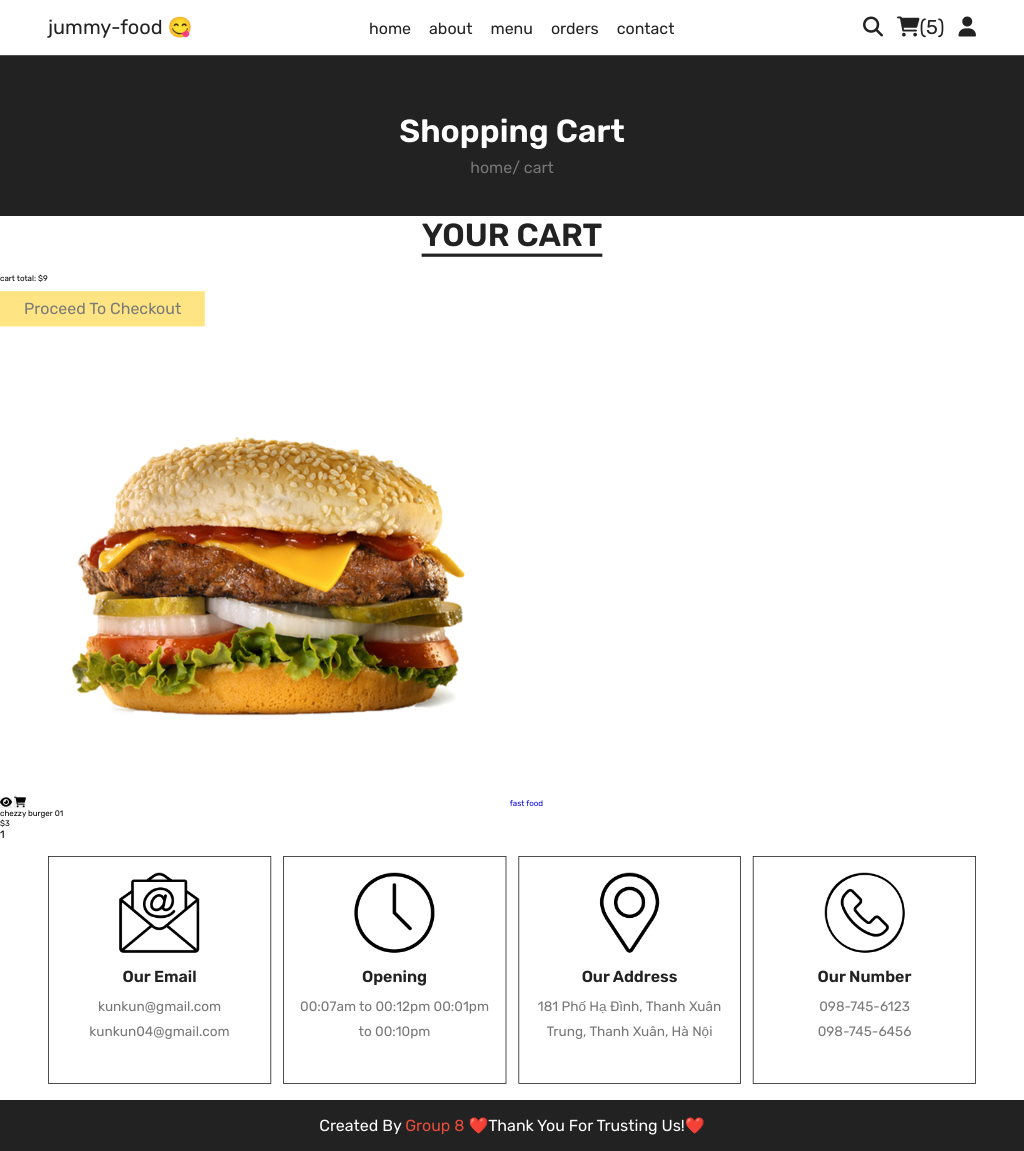
Repository: VuongLinhDinh/jummy_food
Page: cart.html
These files come from the project's save history. The page is drawn as it stood at one moment and after the next save; the edit follows.
The browser window is 1280 px wide. The pictures show the whole page, at 80% of full size.
Some web libraries are served in a nearby version.

Above is the page before, as saved 2023-11-11 18:28:45.

### cart.html
<!DOCTYPE html>
<html lang="en">
<head>
    <meta charset="UTF-8">
    <meta name="viewport" content="width=device-width, initial-scale=1.0">
    <title>Cart</title>
    <!-- font awesome cdn link -->
    <link rel="stylesheet" href="https://cdnjs.cloudflare.com/ajax/libs/font-awesome/6.1.1/css/all.min.css">
    <!-- custom css -->
    <link rel="stylesheet" href="./css/style.css">
</head>
<body>
    <!-- header section starts  -->
    <header class="header">
        <section class="flex">
            <a href="home.html" class="logo">jummy-food 😋</a>
            <nav class="navbar">
                <a href="home.html">home</a>
                <a href="about.html">about</a>
                <a href="menu.html">menu</a>
                <a href="orders.html">orders</a>
                <a href="contact.html">contact</a>
            </nav>
            <div class="icons">
                <a href="search.html"><i class="fas fa-search"></i></a>
                <a href="cart.html"><i class="fas fa-shopping-cart"></i><span>(5)</span></a>
                <div id="user-btn" class="fas fa-user"></div>
                <div id="menu-btn" class="fas fa-bars"></div>
            </div>
            <div class="profile">
                <p class="name">Kun Aquero</p>
                <div class="flex">
                    <a href="profile.html" class="btn">profile</a>
                    <a href="#" class="delete-btn">logout</a>
                </div>
                <p class="account"><a href="login.html">login</a> or <a href="login.html">register</a></p>
            </div>
        </section>
    </header>
    <!-- header section end  -->
    <div class="heading">
        <h3>shopping cart</h3>
        <p><a href="home.html">home</a><span>/ cart</span></p>
    </div>
    <!-- shopping cart section stars  -->
    <div class="products">
        <h1 class="title">your cart</h1>
        <div class="cart-total">
            <p>cart total: <span>$9</span></p>
            <a href="checkout.html" class="btn">proceed to checkout</a>
        </div>
        <div class="box-conatiner">
            <form action="#" method="post" class="box">
                <button type="submit" class="fas fa-eye" name="quick_view"></button>
                <button type="submit" class="fas fa-shopping-cart" name="add_to_cart"></button>
                <img src="uploaded_img/burger-1.png" alt="">
                <a href="#" class="cat">fast food</a>
                <div class="name">chezzy burger 01</div>
                <div class="flex">
                    <div class="price"><span>$</span>3</div>
                    <input type="number" class="qty" name="qty" min="1" max="99" value="1"
                    onkeypress="if(this.value.length == 2) return false;">
                </div>
            </form>
        </div>
    </div>
    <!-- shopping cart section end  -->







    <!-- footer section starts  -->
    <footer class="footer">
        <section class="grid">
            <div class="box">
                <img src="images/email-icon.png" alt="">
                <h3>our email</h3>
                <a href="mailto:kunkun@gmail.com">kunkun@gmail.com</a>
                <a href="mailto:kun04@gmail.com">kunkun04@gmail.com</a>
            </div>

            <div class="box">
                <img src="images/clock-icon.png" alt="">
                <h3>opening</h3>
                <p>
                    00:07am to 00:12pm
                    00:01pm to 00:10pm
                </p>
            </div>

            <div class="box">
                <img src="images/map-icon.png" alt="">
                <h3>our address</h3>
                <a href="https://www.google.com/maps/place/181+P.+H%E1%BA%A1+%C4%90%C3%ACnh,+H%E1%BA%A1+%C4%90%C3%ACnh,+Thanh+Xu%C3%A2n,+H%C3%A0+N%E1%BB%99i,+Vi%E1%BB%87t+Nam/@20.9891313,105.8056888,17z/data=!3m1!4b1!4m5!3m4!1s0x3135ac952468595f:0xd4c0347109838030!8m2!3d20.9891263!4d105.8082691?hl=vi-VN&entry=ttu">181 Phố Hạ Đình, Thanh Xuân Trung, Thanh Xuân, Hà Nội</a>
            </div>

            <div class="box">
                <img src="images/phone-icon.png" alt="">
                <h3>our number</h3>
                <a href="tel:0987456123">098-745-6123</a>
                <a href="tel:0987456456">098-745-6456</a>
            </div>
        </section>
        <div class="credit">created by <span>group 8</span> ❤️Thank you for trusting us!❤️</div>
    </footer>
    <!-- footer section end  -->
    <!-- custom js file -->
    <script src="./js/script.js"></script>
</body>
</html>

### css/style.css
@import url('https://fonts.googleapis.com/css2?family=Nunito:wght@200;300;400;600;700&family=Rubik:wght@300;400;500;600&display=swap');
:root {
    --yellow: #fed330;
    --red: #e74c3c;
    --white: #fff;
    --black: #222;
    --light-color: #777;
    --border: .1rem solid var(--black);
}
*{
    font-family: 'Rubik', sans-serif;
    margin: 0; padding: 0;
    box-sizing: border-box;
    outline: none; border: none;
    text-decoration: none;
}
*::selection {
    background-color: var(--yellow);
    color: var(--white);
}
::-webkit-scrollbar {
    height: 0.5rem;
    width: 1rem;
}
::-webkit-scrollbar-track {
    background-color: transparent;
}
::-webkit-scrollbar-thumb {
    background-color: var(--yellow);
}
html {
    font-size:  62.5%;
    overflow-x: hidden;
    scroll-behavior: smooth;
    stop-opacity: 7rem;
}
section {
    margin: 0 auto;
    max-width: 1200px;
    padding: 2rem;
}
.title {
    text-align: center;
    margin-bottom: 2.5rem;
    font-size: 4rem;
    color: var(--black);
    text-transform: uppercase;
    text-decoration: underline;
    text-underline-offset: 1rem;
}
.heading {
    display: flex;
    align-items: center;
    justify-content: center;
    gap: 1rem;
    flex-flow: column;
    background-color: var(--black);
    min-height: 20rem;
}
.heading h3 {
    font-size: 4rem;
    color: var(--white);
    text-transform: capitalize;
    margin-top: 2rem;
}
.heading p {
    font-size: 2rem;
}
.heading p a {
    color: var(--light-color);
}
.heading p a:hover {
    text-decoration: underline;
    color: var(--yellow);
}
.heading p span {
    color: var(--light-color);
}
.btn, .delete-btn {
    margin-top: 1rem;
    display: inline-block;
    font-size: 2rem;
    padding: 1rem 3rem;
    opacity: .6;
    cursor: pointer;
}
.btn:hover, .delete-btn:hover {
    /* letter-spacing: .2rem; */
    transition:  .2s linear;
    opacity: 1;
}
.btn {
    background-color: var(--yellow);
    color: var(--black);
    text-transform: capitalize;
}
.delete-btn {
    background-color: var(--red);
    color: var(--white);
}
.header {
    position: sticky;
    top: 0; left: 0; right: 0;
    z-index: 1000;
    background-color: var(--white);
    border-bottom: var(--border);
}
.header .flex {
    display: flex;
    align-items: center;
    justify-content: space-between;
    position: relative;
}
.header .flex .logo {
    font-size: 2.5rem;
    color: var(--black);
}
.header .flex .navbar a {
    font-size: 2rem;
    color: var(--black);
    margin: 0 1rem;

}
.header .flex .navbar a:hover {
    color: var(--yellow);
    text-decoration: underline;
}
.header .flex .icons > * {
    margin-left: 1.5rem;
    font-size: 2.5rem;
    color: var(--black);
    cursor: pointer;
}
.header .flex .icons > *:hover {
    color: var(--yellow);
}
#menu-btn {
    display: none;
}
.header .flex .profile {
    background-color: var(--white);
    border: var(--border);
    padding: 1.5rem;
    text-align: center;
    position: absolute;
    top: 125%; right: 2rem;
    width: 30rem;
    display: none;
    animation: fadeIn .2s linear;
}
.header .flex .profile.active {
    display: block;
}
@keyframes fadeIn {
    0% {
        transform: translateY(1rem);
    }
}
.header .flex .profile .name {
    font-size: 2rem;
    color: var(--black);
    margin-bottom: 1rem;
}
.header .flex .profile .account {
    margin-top: 1rem;
    font-size: 2rem;
    color: var(--light-color);
}
.header .flex .profile .account a {
    color: var(--black);
}
.header .flex .profile .account a:hover {
    color: var(--yellow);
    text-decoration: underline;
}
.hero .slide {
    display: flex;
    align-items: center;
    flex-wrap: wrap-reverse;
    gap: 2rem;
    margin-bottom: 4rem;
}
.hero .slide .image {
    flex: 1 1 40rem;
}
.hero .slide .image img {
    width: 100%;
}
.hero .slide .content {
    flex: 1 1 40rem;
    text-align: center;
}
.hero .slide .content span {
    font-size: 2.5rem;
    color: var(--light-color);
}
.hero .slide .content h3 {
    margin: 1rem 0;
    font-size: 6rem;
    color: var(--black);
    text-transform: capitalize;
}
.swiper-pagination-bullet-active{
    background-color: var(--yellow);
}
.category .box-container {
    display: grid;
    grid-template-columns: repeat(auto-fit, minmax(27rem, 1fr));
    gap: 1.5rem;
    align-items: flex-start;
}
.category .box-container .box {
    border: var(--border);
    padding: 2rem;
    padding-bottom: 5rem;
    text-align: center;
}
.category .box-container .box img {
    width: 100%;
    height: 10rem;
    object-fit: contain;
}
.category .box-container .box h3 {
    font-size: 2rem;
    margin-top: 1.5rem;
    color: var(--black);
    text-transform: capitalize;
}
.category .box-container .box:hover {
    background-color: var(--black);
}
.category .box-container .box:hover img {
    filter: invert(1);
}
.category .box-container .box:hover h3 {
    color: var(--white);
}
.products .box-container {
    display: grid;
    grid-template-columns: repeat(auto-fit, 33rem);
    justify-content: center;
    align-items: flex-start;
    gap: 1.5rem;
}
.products .box-container .box {
    border: var(--border);
    padding: 2rem;
    position: relative;
    overflow: hidden;
    margin-bottom: 1rem;
}
.products .box-container .box img {
    width: 100%;
    height: 25rem;
    object-fit: contain;
}
.products .box-container .box .fa-eye,
.products .box-container .box .fa-shopping-cart {
    position: absolute;
    top: 1rem;
    height: 4.5rem; width: 4.5rem;
    line-height: 4.3rem;
    border: var(--border);
    background-color: var(--white);
    cursor: pointer;
    font-size: 2rem;
    color: var(--black);
    transition: .2s linear;
}
.products .box-container .box .fa-eye:hover,
.products .box-container .box .fa-shopping-cart:hover {
    background-color: var(--black);
    color: var(--white);
}
.products .box-container .box .fa-eye {
    left: -10rem;
}
.products .box-container .box .fa-shopping-cart {
    right: -10rem;
}
.products .box-container .box:hover .fa-eye {
    left: 1rem;
}
.products .box-container .box:hover .fa-shopping-cart {
    right: 1rem;
}
.products .box-container .box .cat {
    font-size: 1.8rem;
    color: var(--light-color);
}
.products .box-container .box .cat:hover {
    color: var(--black);
    text-decoration: underline;
}
.products .box-container .box .name {
    font-size: 2rem;
    color: var(--black);
    margin: 1rem 0;
}
.products .box-container .box .flex {
    display: flex;
    align-items: center;
    gap: 1.5rem;
    margin-top: 1rem;
}
.products .box-container .box .flex .price {
    margin-right: auto;
    font-size: 2.5rem;
    color: var(--black);
}
.products .box-container .box .flex .price span {
    color: var(--light-color);
    font-size: 1.8rem;

}
.products .box-container .box .flex .qty {
    padding: 1rem;
    border: var(--border);
    font-size: 1.8rem;
    color: var(--black);
}
.products .more-btn {
    margin-top: 2rem;
    text-align: center;
}
.about .row {
    display: flex;
    align-items: center;
    flex-wrap: wrap;
    gap: 1.5rem;
}
.about .row .image {
    flex: 1 1 40rem;
}
.about .row .image img {
    width: 100%;
}
.about .row .content {
    flex: 1 1 40rem;
    text-align: center;
}
.about .row .content h3{
    font-size: 3rem;
    color: var(--black);
    text-transform: capitalize;
    margin-bottom: 2rem;
}
.about .row .content p {
    padding: 1rem 0;
    line-height: 2;
    font-size: 1.8rem;
    color: var(--light-color);
}
.about .row .content a {
    text-transform: capitalize;

}
.steps .box-container {
    display: grid;
    grid-template-columns: repeat(auto-fit, minmax(30rem, 1fr));
    gap: 1.5rem;
    align-items: flex-start;
}
.steps .box-container .box {
    text-align: center;
    border: var(--border);
    padding: 2rem;
}
.steps .box-container .box img {
    height: 10rem;
    width: 100%;
    object-fit: contain;
}
.steps .box-container .box h3 {
    font-size: 2.3rem;
    margin: 1rem 0;
    color: var(--black);
    text-transform: capitalize;
}
.steps .box-container .box p {
    line-height: 2;
    font-size: 1.6rem;
    color: var(--light-color);
    text-transform: capitalize;
}
.reviews .slide {
    margin-bottom: 4rem;
    border: var(--border);
    padding: 2rem;
    text-align: center;
}
.reviews .slide img {
    height: 10rem;
    width: 10rem;
    margin-bottom: .5rem;
    border-radius: 50%;
}
.reviews .slide p {
    padding: 1rem 0;
    line-height: 2;
    font-size: 1.5rem;
    color: var(--light-color);
}
.reviews .slide .stars {
    display: inline-block;
    padding: 1rem 2rem;
}
.reviews .slide .stars i {
    font-size: 1.8rem;
    color: var(--yellow);
}
.reviews .slide h3 {
    font-size: 2.5rem;
    margin-top: 1.5rem;
    color: var(--black);
    text-transform: capitalize;
}
.contact .row {
    display: flex;
    align-items: center;
    flex-wrap: wrap;
    gap: 1.5rem;
}
.contact .row .image {
    flex: 1 1 40rem;
}
.contact .row .image img {
    width: 100%;
}
.contact .row form {
    border: var(--border);
    flex: 1 1 40rem;
    padding: 2rem;
    text-align: center;
}
.contact .row form h3 {
    font-size: 2rem;
    color: var(--black);
    margin-bottom: 1rem;
   text-transform: capitalize;
}
.contact .row form .box {
    width: 100%;
    margin: 1rem 0;
    font-size: 1.8rem;
    color: var(--black);
    border: var(--border);
    padding: 1.4rem;
}
.contact .row form textarea {
    height: 15rem;
    resize: none;
}
.search-form form {
    display: flex;
    gap: 1rem;
}
.search-form form .box {
    width: 100%;
    border: var(--border);
    border-radius: 5rem;
    padding: 1.4rem;
    font-size: 1.8rem;
    color: var(--black);
}
.search-form form .fa-search {
    width: 5rem;
    font-size: 3.5rem;
    background-color: var(--white);
    color: var(--black);
    cursor: pointer;
}
.search-form form .fa-search:hover {
    color: var(--yellow);
}





































.footer .grid {
    display: grid;
    grid-template-columns: repeat(auto-fit, minmax(27rem, 1fr));
    gap: 1.5rem;
    align-items: flex-start;
}
.footer .grid .box {
    border: var(--border);
    padding: 2rem;
    padding-bottom: 5rem;
    text-align: center;
}
.footer .grid .box img {
    height: 10rem;
    width: 100%;
    object-fit: contain;
    margin-bottom: .5rem;
}
.footer .grid .box h3 {
    margin: 1rem 0;
    font-size: 2rem;
    color: var(--black);
    text-transform: capitalize;
}
.footer .grid .box p,
.footer .grid .box a {
    display: block;
    font-size: 1.7rem;
    color: var(--light-color);
    line-height: 1.8;
}
.footer .grid .box a:hover {
    text-decoration: underline;
}
.credit {
    padding: 2rem;
    text-align: center;
    background-color: var(--black);
    color: var(--white);
    font-size: 2rem;
    text-transform: capitalize;
}
.credit span {
    color: var(--red);

}

/* media query  */
@media (max-width: 991px) {
    html {
        font-size: 55%;
    }
}
@media (max-width: 768px) {
    #menu-btn {
        display: inline-block;
    }
    .header .flex .navbar {
        position: absolute;
        top: 99%; left: 0; right: 0;
        border-top: var(--border);
        border-bottom: var(--border);
        background-color: var(--white);
        transition:  .2s linear;
        clip-path: polygon(0 0, 100% 0, 100% 0, 0 0);
    }
    .header .flex .navbar a {
        display: block;
        margin: 2rem;
    }
    .header .flex .navbar.active {
        clip-path: polygon(0 0, 100% 0, 100% 100%, 0 100%);
    }
}
@media (max-width: 450px) {
    html {
        font-size: 50%
    }
    .title {
        font-size: 3rem;
    }
    .header .flex .logo {
        font-size: 2rem;
    }
    .hero .slide .content h3 {
        font-size: 5rem;
    }

}

### js/script.js
navbar = document.querySelector('.header .flex .navbar');
document.querySelector('#menu-btn').onclick = () => {
    navbar.classList.toggle('active');
    profile.classList.remove('active');
}
profile = document.querySelector('.header .flex .profile');
document.querySelector('#user-btn').onclick = () => {
    profile.classList.toggle('active');
    navbar.classList.remove('active');
}
window.onscroll = () => {
    navbar.classList.remove('active');
    profile.classList.remove('active');
}

After the next save:
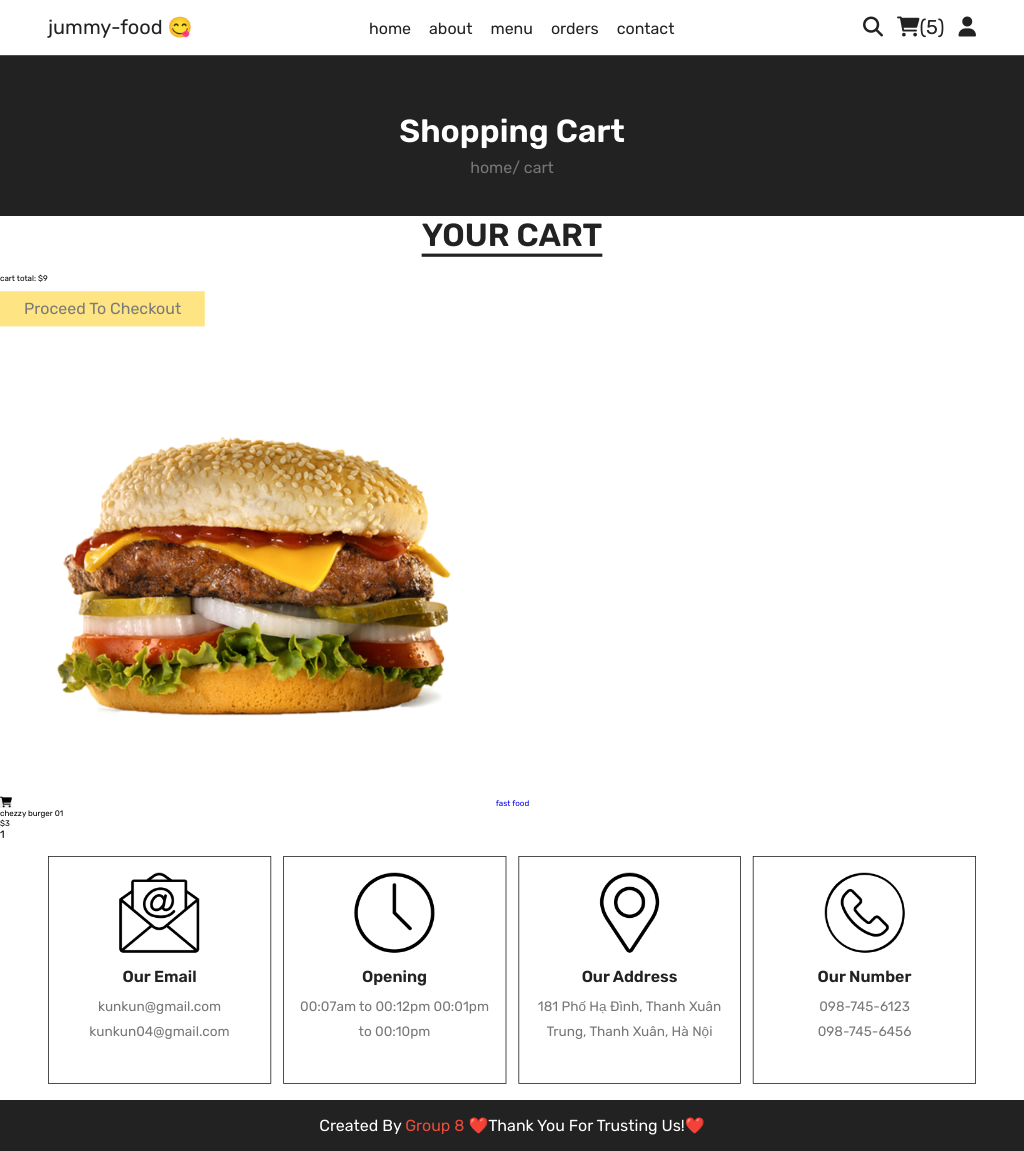
Saved 13 s later.
--- a/cart.html
+++ b/cart.html
@@ -51,7 +51,6 @@
         </div>
         <div class="box-conatiner">
             <form action="#" method="post" class="box">
-                <button type="submit" class="fas fa-eye" name="quick_view"></button>
                 <button type="submit" class="fas fa-shopping-cart" name="add_to_cart"></button>
                 <img src="uploaded_img/burger-1.png" alt="">
                 <a href="#" class="cat">fast food</a>
